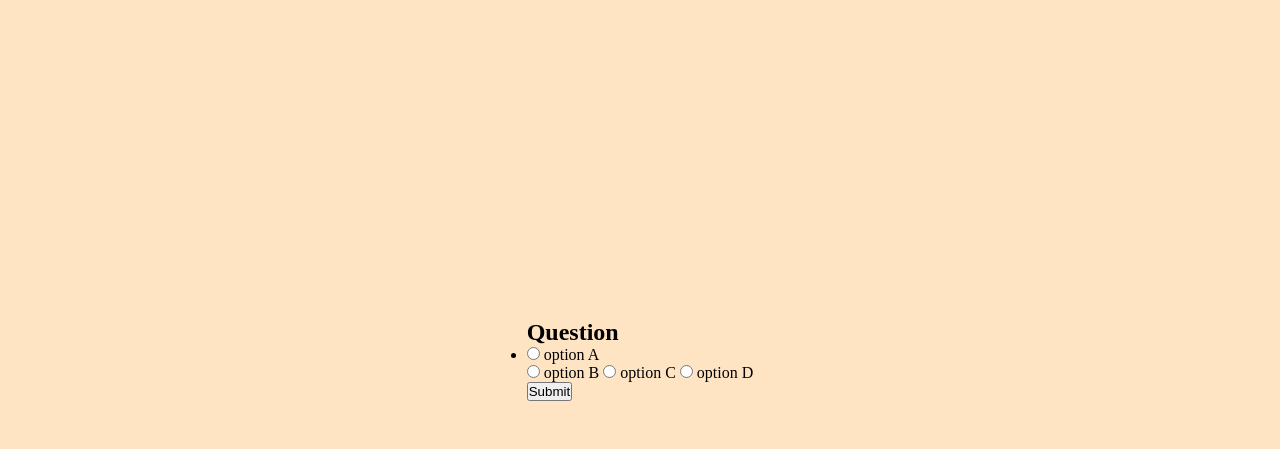
Repository: JunaidAnsari202/Quiz-App
Page: index.html
An editor plug-in stored every save of this project. The page is shown before and after a run of saves, followed by the edit.
The browser window is 1280 px wide. The pictures show the whole page.

Above is the page before, as saved 2024-10-13 19:41:52.

### index.html
<!DOCTYPE html>
<html lang="en">
<head>
    <meta charset="UTF-8">
    <meta name="viewport" content="width=device-width, initial-scale=1.0">
    <title>Quiz app</title>
    <link rel="stylesheet" href="style.css">
</head>
<body>
     <div class="quiz-container">

        <h2 id="quiz-question">
            Question
        </h2>
        <ul>

            <li>
                <input type="radio" class="answer" id="option-a" name="quiz">
                 <label for="option-a" class="text_option_a">option A</label>
                </li>
                 <input type="radio" class="answer" id="option-a"  name="quiz">
                 <label for="option-b" class="text_option_a">option B</label>

                 <input type="radio" class="answer" id="option-a"  name="quiz">
                 <label for="option-c" class="text_option_a">option C</label>

                 <input type="radio" class="answer" id="option-a"  name="quiz">
                 <label for="option-d" class="text_option_a">option D</label>
            </li>
        </ul>

        <button id="submit">Submit</button>

     </div>


    <script src="script.js"></script>
</body>
</html>

### style.css
*{
    margin: 0;
    padding: 0;
    box-sizing: border-box;
}

body{
    background-color: bisque;
    display: flex;
    justify-content: center;
    align-items: center;
    height: 100vh;
}

Loaded but not shown: script.js (no copy from this time; the picture is the same without it)

After the next 4 saves:
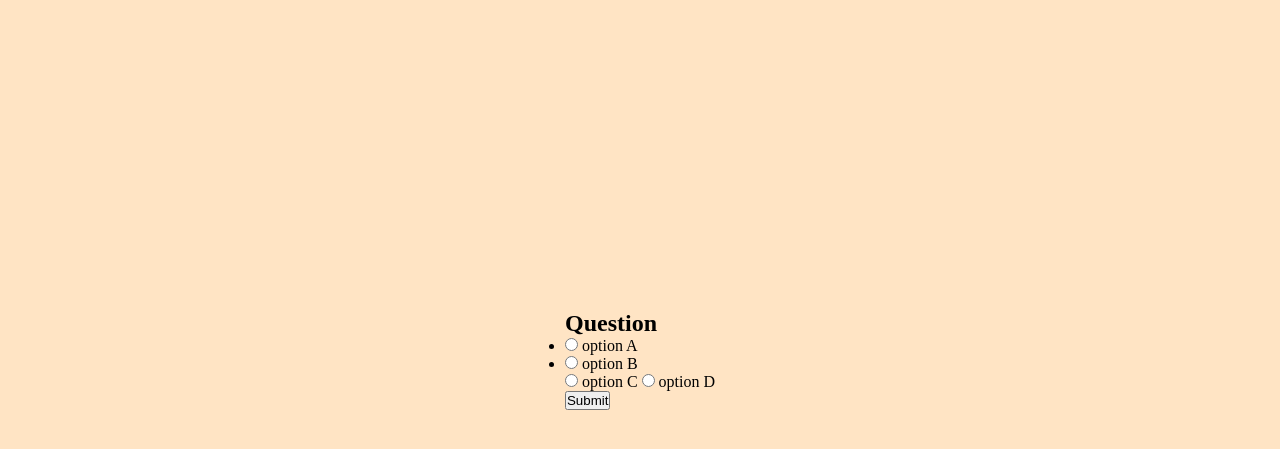
The 4 saves are shown as one change because they came seconds apart.
The last was saved 30 s later.
--- a/index.html
+++ b/index.html
@@ -18,8 +18,10 @@
                 <input type="radio" class="answer" id="option-a" name="quiz">
                  <label for="option-a" class="text_option_a">option A</label>
                 </li>
-                 <input type="radio" class="answer" id="option-a"  name="quiz">
+                 <li>
+                    <input type="radio" class="answer" id="option-a"  name="quiz">
                  <label for="option-b" class="text_option_a">option B</label>
+                 </li>
 
                  <input type="radio" class="answer" id="option-a"  name="quiz">
                  <label for="option-c" class="text_option_a">option C</label>
